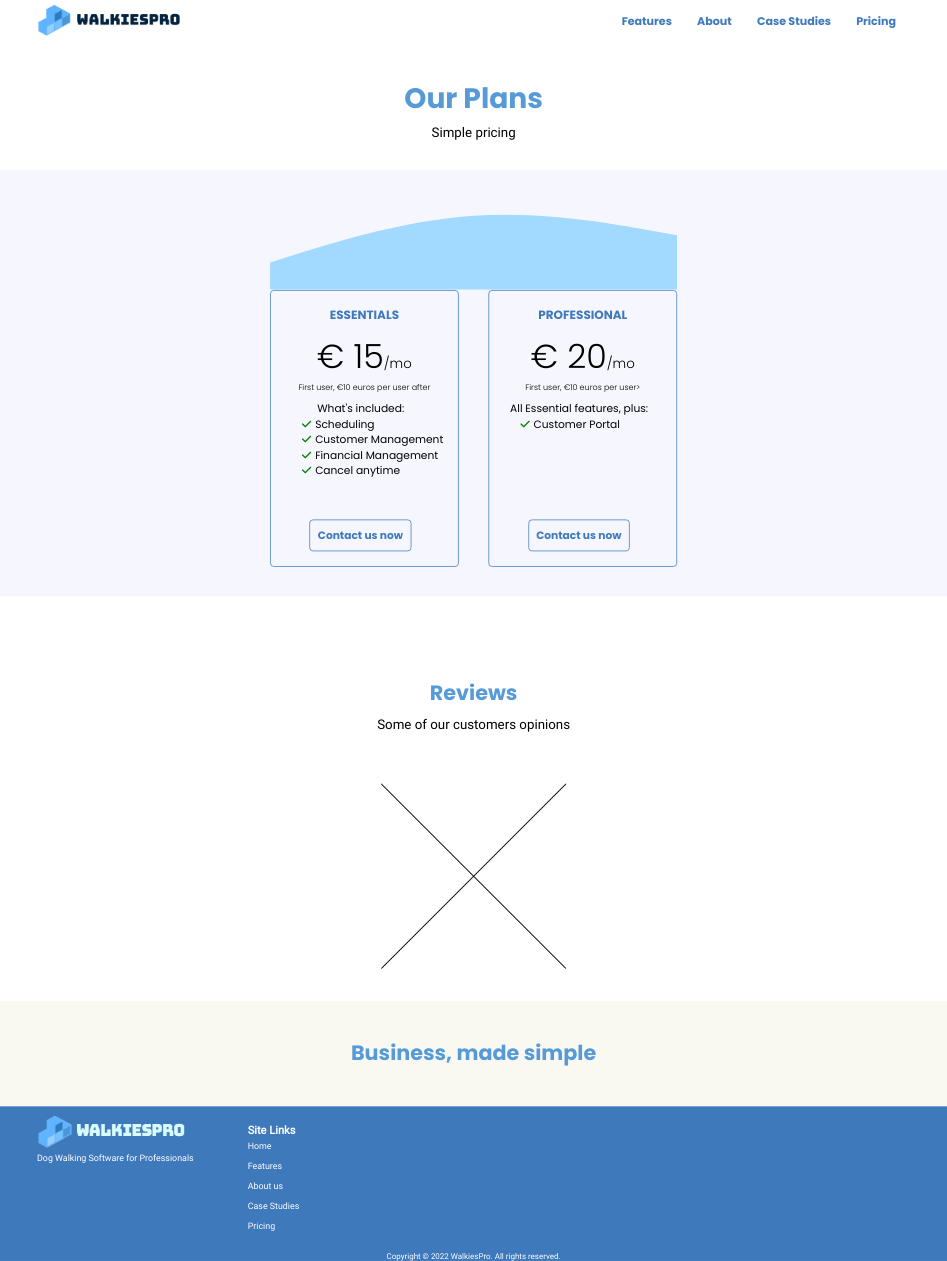
Repository: StevieC87/LAYOUT4
Page: pricing.html
An editor plug-in stored every save of this project. The page is shown before and after the next save, followed by the edit.
The browser window is 1280 px wide. The pictures show the whole page, at 74% of full size.

Above is the page before, as saved 2022-01-10 20:21:07.
Console error: TypeError: Cannot read properties of null (reading 'addEventListener')

### pricing.html
<!DOCTYPE html>
<html lang="en">
  <head>
    <meta charset="UTF-8" />
    <meta http-equiv="X-UA-Compatible" content="IE=edge" />
    <meta name="viewport" content="width=device-width, initial-scale=1.0" />
    <title>WalkiesPro Dog Walking Software</title>
    <link rel="stylesheet" href="css/styles.css" />
    <link rel="stylesheet" href="css/aboutus.css" />
    <link rel="stylesheet" href="css/footer.css" />
    <link rel="stylesheet" href="css/navbar.css" />
    <link rel="stylesheet" href="css/fonts.css" />
    <link rel="stylesheet" href="css/utilities.css" />
    <link rel="stylesheet" href="css/mediaqueries.css" />
    <link rel="stylesheet" href="css/pricing.css" />
    <!-- THIS js file - deferred so loads at the end -->
    <script type="text/javascript" src="js/scripts.js" defer></script>
    <link rel="stylesheet" href="https://use.fontawesome.com/releases/v5.15.4/css/all.css" integrity="sha384-DyZ88mC6Up2uqS4h/KRgHuoeGwBcD4Ng9SiP4dIRy0EXTlnuz47vAwmeGwVChigm" crossorigin="anonymous">


    <style></style>
  </head>
  <body>


    <div class="containernew">
      <div class="navwrapper">
        <!------------------ NAVBAR --------------------->
        <nav id="navbar" class="paddingspecial">
          <!--  <div class="paddingspecial"> -->
          <div id="logo" class="logodiv">
            <a href="index.html"><img src="images/logo.png" alt="logo" /></a>
          </div>
          <div id="hamburger-menu" class="hamburger-menu">
            <div class="line line-1"></div>
            <div class="line line-2"></div>
            <div class="line line-3"></div>
          </div>
          <div class="navlist">
            <ul tabindex="-1">
              <li><a class="current" href="features.html">Features</a></li>
              <li><a href="about-us.html">About</a></li>
              <li><a href="case-studies.html">Case Studies</a></li>
              <li><a href="pricing.html">Pricing</a></li>
            </ul>
          </div>
          <!-- </div> -->
        </nav>
      </div>
      <!-----------------HEADER--------------------->
     <!--  <div class="curved-div" style="background-color: white;">

        <svg viewBox="0 0 1440 319">
          <path fill="#9EC9F3" fill-opacity="1" d="M0,32L48,80C96,128,192,224,288,224C384,224,480,128,576,90.7C672,53,768,75,864,96C960,117,1056,139,1152,149.3C1248,160,1344,160,1392,160L1440,160L1440,320L1392,320C1344,320,1248,320,1152,320C1056,320,960,320,864,320C768,320,672,320,576,320C480,320,384,320,288,320C192,320,96,320,48,320L0,320Z"></path>
        </svg>
      </div> -->

      <section class="headerwrapper sectionwrapper">
          <div class="headertitle">
            <h1>Our Plans</h1>
          </div>
          <div class="headerminitext centertext">
            Simple pricing
          </div>
      </section>
      <!------------------ PRICING TABLE --------------------->
      <section class="pricingouterwrapper sectionwrapper">
        <svg xmlns="http://www.w3.org/2000/svg" viewBox="0 0 1440 320">
          <path fill="#a2d9ff" fill-opacity="1" d="M0,224L120,186.7C240,149,480,75,720,58.7C960,43,1200,85,1320,106.7L1440,128L1440,320L1320,320C1200,320,960,320,720,320C480,320,240,320,120,320L0,320Z"></path>
        </svg>
          <div class="pricinginnerwrapper">
            <div class="pricingcard card">
              <div class="cardtitle">ESSENTIALS</div>
              <div class="price">&#8364; 15<span class="miniprice">/mo</span></div>
              <div class=" centertext poppinslight smallfont ">First user, &#8364;10 euros per user after</div>
              <div class="pricelistdiv poppins">
                <div class="centertext" >What's included:</div>
              <!--   style="display: block" -->
                <ul class="pricelist poppins">
                      <li class="elementY">Scheduling</li>
                      <li class="elementY">Customer Management</li>
                      <li class="elementY">Financial Management</li>
                     <!--  <li class="elementx">Customer Portal</li> -->
                      <li class="elementY">Cancel anytime</li>
                    </ul>

              </div>
              <div class="btnprice">
                <button class="btn btnoutline btnaqua">Contact us now</button>
              </div>
            </div>

            <!-- SECOND CARD PRO PLAN -->
            <div class="pricingcard card " >
             <div class="cardtitle">PROFESSIONAL</div>
             <div class="price">&#8364; 20<span class="miniprice">/mo </span>
             </div>
             <div class=" centertext poppinslight smallfont ">First user, &#8364;10 euros per user></div>
             <div class="pricelistdiv poppins">
              <div class="centertext" >All Essential features, plus:</div>
            <!--   style="display: block" -->
              <ul class="pricelist poppins">
                <li class="elementY">Customer Portal</li>
                    <!-- <li class="elementY">Customer Management</li>
                    <li class="elementY">Financial Management</li>
                    <li class="elementx">Customer Portal</li> -->
                   <!--  <li class="elementY">Cancel anytime</li> -->
                  </ul>

            </div>

             <div class="btnprice">
              <button class="btn btnoutline btnaqua">Contact us now</button>
            </div>
        </div>

      </section>
      <!-- SECTION IMAGE GALLERY REVIEWS  -->
      <section class="imagegallerywrapper sectionwrapper">

        <div class="imagegalleryinnerwrapper">
          <div class="centerGRIDself reviewsdiv centertext">
            <h3>Reviews</h3>
            <span>Some of our customers opinions</span>
          </div>
            <div class="imagegallery">
              <img src="images/3.png" alt="" width="250px">
            </div>
        </div>



      </section>


      <!------------------ CONTACT US SECTION --------------------->
     <section class="contactuswrapper sectionwrapper">
       <div class="contactusinnerwrapper">
        <h3 class="centertext">Business, made simple</h3>

       </div>
     </section>
      <!------------------ FOOTER --------------------->
      <footer id="footer">
        <div class="footerwrapper">
          <div class="footergriditem1">
            <img class="bottomlogo" src="images/logoblue.png" alt="logo" />
            <span class="whitetext bottomphrase"
              >Dog Walking Software for Professionals</span
            >
          </div>

          <div class="footergriditem2">
            <div><b class="whitetext footerlinkstitle">Site Links</b></div>
            <ul class="whitetext ulnostyle anostyle" style="font-size: 12px">
              <li><a href="../layout/index.html">Home</a> </li>
              <li><a href="features.html">Features</a> </li>
              <li><a href="about-us.html">About us</a> </li>
              <li><a href="case-studies.html">Case Studies</a></li>
              <li><a href="pricing.html">Pricing</a></li>
            </ul>
          </div>
          <div class="footergriditem3 whitetext smallfont">Copyright © 2022 WalkiesPro. All rights reserved.</div>
        </div>

      </footer>
    </div>
    <!-- end container -->

    <!------------------ SIDE MENU --------------------->
    <div id="menuhidden" class="menuhidden hiddenright">
      <div class="slidemenu">
        <ul tabindex="-1" aria-hidden="true">
          <li><a class="activeSidebarLi" href="index.html">Home</a></li>
          <li><a class="current" href="features.html">Features</a></li>
          <li><a href="about-us.html">About</a></li>
          <li><a href="case-studies.html">Case Studies</a></li>
          <li><a href="pricing.html">Pricing</a></li>
          <!--    <hr /> -->
        </ul>
      </div>
    </div>
  </body>
</html>

### css/styles.css
:root {
  /*  --myblue: #5da3df; */
  --myblue: #3e79bc;
  --myblueh1: #569ad7;
}

html,
body {
  box-sizing: border-box;
  font-size: 18px;
  font-family: Roboto;
  /*  font-family: PoppinsLight; */
  /*  line-height: 1rem; */
  margin: auto;
}
.containernew {
  /*  background: linear-gradient(90deg, #e3ffe7 0%, #ecedee 100%); */
  /*   background-color: #f9ffff;
  background: rgb(255, 255, 255);
  background: rgb(255, 255, 255);
  background: linear-gradient(
    360deg,
    rgba(255, 255, 255, 1) 0%,
    rgba(255, 255, 255, 1) 98%,
    rgba(240, 253, 255, 1) 100%,
    rgba(229, 252, 255, 1) 100%,
    rgba(83, 234, 255, 1) 100%
  ); */
}
*,
*:before,
*:after {
  box-sizing: inherit;
}

h1,
h2,
h3,
h4,
h5,
h6 {
  font-family: PoppinsBold;
  color: var(--myblueh1);
  /* #5da3df */
  padding: 10px 0 10px 0;
  margin: 0px;
}
h1 {
  font-size: 38px;
  line-height: 2.8rem;
}
h2 {
  font-size: 38px;
}
h3 {
  font-size: 28px;
}
h4 {
  font-size: 26px;
}
h5 {
  font-size: 20px;
}
h6 {
  font-size: 18px;
}

.containernew {
  width: 100%;
}

### css/footer.css
/* * * * * * * * * * * * * * * * * * * * * * * * * * * * * * * * * * * * * * * *
                    FOOTER
* * * * * * * * * * * * * * * * * * * * * * * * * * * * * * * * * * * * * * * */

footer {
  background-color: var(--myblue);
  width: 100%;
  display: flex;
  justify-content: center;
  padding-top: 10px;
}
/* DEFAULT FOR SMALL SCREEN - MOBILE FIRST */
.footerwrapper {
  /* this is the inner div that serves as a grid with equal columns as container */
  width: 1200px;
  display: grid;
  grid-template-columns: 1fr;
  grid-gap: 0.2rem;
}
/* DEFAULT FOR SMALL SCREEN - MOBILE FIRST */
.footergriditem1 {
  grid-row: 1 / 2;
  /* grid-column: 1 / 2; */
  grid-column: 1 / -1;
}
/* DEFAULT FOR SMALL SCREEN - MOBILE FIRST */
.footergriditem2 {
  /* grid-column: 2 / 3; */
  grid-column: 1 / -1;
  grid-row: 3 / 4;
  padding-left: 10px;
  justify-self: start;
  padding-top: 10px;
  padding-bottom: 10px;

  /*  justify-self: self-end; */
  /* padding: 20px 0 0 40px; */
}
.footergriditem2:first-child {
  margin: 10px 0 10px 0;
}
.footergriditem3 {
  grid-row: 4 / 5;
  grid-column: 1 / -1;
  justify-self: center;
  align-self: center;
}
.bottomlogo {
  padding: 0px 0 0px 10px;
}
.bottomphrase {
  padding-left: 10px;
  display: block;
  text-align: left;
  font-size: 12px;
}
.footerlinkstitle {
  font-size: 15px;
}

@media (min-width: 336px) {
}
@media (min-width: 450px) {
  .footerwrapper {
    grid-template-columns: 226px 200px 1fr 0.2fr 0.2fr 0.2fr;
  }
  .footergriditem1 {
    grid-row: 1 / 2;
    grid-column: 1 / 2;
  }
  .footergriditem2 {
    grid-row: 1 / 2;
    grid-column: 2 / 3;
    padding-left: 0px;
    justify-self: center;
    padding-top: 10px;
    padding-bottom: 10px;
  }
}

### css/navbar.css
/* * * * * * * * * * * * * * * * * * * * * * * * * * * * * * * * * * * * * * * *
                          NAVBAR
* * * * * * * * * * * * * * * * * * * * * * * * * * * * * * * * * * * * * * * */
.navwrapper {
  display: flex;
  justify-content: center;
}
nav {
  background-color: white;
  width: 1200px;
  display: flex;
  justify-content: space-between;
}

.logodiv {
  padding-top: 5px;
  padding-left: 10px;
}
#navbar ul {
  list-style: none;
  margin-right: 15px;
  /*   float: right; */
}

#navbar ul li {
  float: left;
}

#navbar ul li a {
  display: block;
  margin: 0 14px 0 20px;
  /* padding: 0 20px 0 10px; */
  text-align: center;
  text-decoration: none;
  color: var(--myblue);
  /*  color: black; */
  font-family: 'PoppinsBold';
  font-size: 15px;
  /*  border-bottom: 1px solid transparent; */

  line-height: 21px;
}
#navbar ul li a:hover {
  /*  text-decoration: underline; */
  /*  border-bottom: 1px solid var(--myblue); */
  color: #9370db;
}

/* * * * * * * * * * * * * * * * * * * * * * * * * * * * * * * * * * * * * * * *
HAMBURGER MENU
* * * * * * * * * * * * * * * * * * * * * * * * * * * * * * * * * * * * * * * */

.hamburger-menu {
  width: 30px;
  height: 30px;
  padding-top: 7px;
  position: absolute;
  top: 7px;
  right: 10px;
  display: flex;
  flex-direction: column;
  justify-content: space-between;
  cursor: pointer;
  z-index: 100;
}

.line {
  width: inherit;
  height: 3px;
  background-color: var(--myblue);
  border-radius: 2px;
  transition-property: transform;
  transition-duration: 500ms;

  /*   transform-origin: right;
  transition: transform 0.5s; */
}

.line.openline:nth-child(1) {
  transform: translate(0px, 10px) rotate(45deg);
  /*  transform-origin: top; */
}
.line.openline:nth-child(2) {
  opacity: 0;
}
.line.openline:nth-child(3) {
  transform: translate(0px, -10px) rotate(-45deg);

  /*   transform-origin: top; */
}

.menuhidden {
  height: 100vh;
  width: 200px;
  background-color: white;
  position: fixed;
  top: 0;
  right: -200px;
  transition: ease 0.2s;
}

.visibleright {
  right: 0px;
  /*   transition: ease 4s; */
}
/* --------- SLIDEMENU ---------- */
.slidemenu ul {
  list-style: none;
  padding-top: 45px;
  padding-left: 0px;
  width: 100%;
  /*   float: right; */
}
.slidemenu ul li {
}
.slidemenu ul li a {
  display: block;
  padding: 10px 5px 10px 5px;
  margin: 0px 5px 0px 5px;
  text-align: center;
  text-decoration: none;
  line-height: 1.5rem;
  color: var(--myblue);
}
.slidemenu ul li a:hover {
  background-color: #fbfbfa;
  border-radius: 15px;
  /* opacity: 0.5; */
}
.activeSidebarLi {
  background-color: #fbfbfa;
  border-radius: 15px;
}
/* END SLIDEMENU */

### css/fonts.css
/* * * * * * * * * * * * * * * * * * * * * * * * * * * * * * * * * * * * * * * *
        FONT FAMILIESS
* * * * * * * * * * * * * * * * * * * * * * * * * * * * * * * * * * * * * * * */
@font-face {
  font-family: 'Bungee';
  src: url('../fonts/Bungee-Regular.ttf');
  src: local('☺'), url('../fonts/Bungee-Regular.ttf') format('truetype');
  font-display: block;
}
@font-face {
  font-family: 'Roboto';
  src: url('../fonts/Roboto-Regular.ttf');
  src: local('☺'), url('../fonts/Roboto-Regular.ttf') format('truetype');
  font-display: block;
}
@font-face {
  font-family: 'Roboto-Bold';
  src: url('../fonts/Roboto-Bold.ttf');
  src: local('☺'), url('../fonts/Roboto-Bold.ttf') format('truetype');
  font-display: block;
}
@font-face {
  font-family: 'Ubuntu';
  src: url('../fonts/Ubuntu-Regular.ttf');
  src: local('☺'), url('../fonts/Ubuntu-Regular.ttf') format('truetype');
  font-display: block;
}
@font-face {
  font-family: 'UbuntuBold';
  src: url('../fonts/Ubuntu-Bold.ttf');
  src: local('☺'), url('../fonts/Ubuntu-Bold.ttf') format('truetype');
  font-display: block;
}
@font-face {
  font-family: 'Poppins';
  src: url('../fonts/Poppins-Regular.ttf');
  src: local('☺'), url('../fonts/Poppins-Regular.ttf') format('truetype');
  font-display: block;
}
@font-face {
  font-family: 'PoppinsBold';
  src: url('../fonts/Poppins-Bold.ttf');
  src: local('☺'), url('../fonts/Poppins-Bold.ttf') format('truetype');
  font-display: block;
}
@font-face {
  font-family: 'PoppinsLight';
  src: url('../fonts/Poppins-Light.ttf');
  src: local('☺'), url('../fonts/Poppins-Light.ttf') format('truetype');
  font-display: block;
}
@font-face {
  font-family: 'PoppinsBlack';
  src: url('../fonts/Poppins-Black.ttf');
  src: local('☺'), url('../fonts/Poppins-Black.ttf') format('truetype');
  font-display: block;
}
@font-face {
  font-family: 'PoppinsMedium';
  src: url('../fonts/Poppins-Medium.ttf');
  src: local('☺'), url('../fonts/Poppins-Medium.ttf') format('truetype');
  font-display: block;
}
@font-face {
  font-family: 'PoppinsExtraLight';
  src: url('../fonts/Poppins-ExtraLight.ttf');
  src: local('☺'), url('../fonts/Poppins-ExtraLight.ttf') format('truetype');
  font-display: block;
}

@font-face {
  font-family: 'FontAwesome';
  src: url('../fonts/fa-solid-900.ttf');
  src: local('☺'), url('../fonts/fa-solid-900.ttf') format('truetype');
  font-display: block;
}
.bungee {
  font-family: Bungee;
}
.ubuntu {
  font-family: Ubuntu;
}
.ubuntuBold {
  font-family: UbuntuBold;
}
.poppins {
  font-family: Poppins;
}
.poppinslight {
  font-family: PoppinsLight;
}
.poppinsbold {
  font-family: PoppinsBold;
}

### css/utilities.css
.btn {
  cursor: pointer;
  transition-property: background-color, color, border;
  transition-duration: 200ms;
  transition-timing-function: ease-in;
}

.btnoutline {
  background-color: transparent;
  border: 1px solid var(--myblue);
  border-radius: 5px;
  color: var(--myblue);
  padding: 10px;
  font-size: 0.8rem;
  /*  font-weight: bold */
  font-family: PoppinsBold;
}
.btnfill {
  background-color: var(--myblue);
  /* border: 1px solid ; */
  border-radius: 5px;
  color: white;
  /*  color: var(--myblue); */
  font-family: PoppinsBold;
}
.btnMedium {
  padding: 10px;
  font-size: 0.8rem;
}
.btnXL {
  padding: 15px 20px 15px 20px;
  font-size: 1.2rem;
}

.allfeaturesbtn {
  padding: 15px 20px 15px 20px;
  border-radius: 10px;
  border: 1px solid var(--myblue);
  /*   background-color: var(--myblue); */
  background-color: WHITE;
  /* color: white; */
  color: var(--myblue);
  font-weight: bold;
  font-size: 1.2rem;
}
.allfeaturesbtn:hover {
  background-color: var(--myblue);
  color: white;
}
.submit {
  /*  margin-top: 20px; */
  padding: 8px 6px 8px 6px;
  border-radius: 6px;
  width: 100px;
  background-color: var(--myblue);
  border: 1px solid var(--myblue);
  color: #f9f9f2;
  font-size: 1.2rem;
  font-family: PoppinsBold;
  /*  font-weight: bold; */
}
.submit:active {
  transform: translateY(1px);
  /*  background-color: #821a4e; */
}

.submit:hover {
  background-color: var(--myblue);
  color: white;
}

.sectionwrapper {
  padding: 40px 20px 40px 20px;
}

/* section {
  padding: 40px 10px 40px 10px !important;
  /*  margin: 20px 10px 20px 10px;
} */

/* * * * * * * * * * * * * * * * * * * * * * * * * * * * * * * * * * * * * * * *
UTILITY CLASSES
* * * * * * * * * * * * * * * * * * * * * * * * * * * * * * * * * * * * * * * */

.centertext {
  text-align: center;
}
.centerimg {
  display: block;
  margin-left: auto;
  margin-right: auto;
  /*   width: 50%; */
}
.centerhorizvert {
  align-self: center;
  justify-self: center;
}
/* visible/invis from screen readers & visually */
.invisible {
  visibility: hidden;
}
.visible {
  visibility: visible;
}
.whitetext {
  color: white;
}
.smallfont {
  font-size: 0.6rem;
}
.mediumfont {
  font-size: 0.8rem;
}
.ulnostyle {
  list-style: none;
  line-height: 1.5rem;
  padding: 0;
  margin: 0;
}
.anostyle > li a {
  text-decoration: none;
  color: white;
}

.responsiveimg {
  width: 100%;
  height: auto;
}

### css/mediaqueries.css
/* to switch to hamburger menu */
@media (min-width: 677px) {
  .hamburger-menu {
    visibility: hidden;
  }
  .section2divrow {
    grid-template-columns: 1fr 1fr;
  }
  .section1innerwrapper {
    grid-template-columns: 2fr 1fr;
  }
}
@media (max-width: 676px) {
  /* HIDE NAV LI WHEN SMALL SCREEN */
  nav {
    width: 1200px;
  }

  .navlist {
    visibility: hidden;
    display: none;
  }
  .hamburger-menu {
    visibility: visible;
  }

  /* ADVANCED SCHEDULING DIV - flip order: image last */
  .section2imgleft1 {
    grid-row: 2;
  }
  .section2textright1 {
    grid-row: 1;
  }
  /* FINANCIAL MANAGEMENT DIV - flip order: image last */
  .section2imgleft3 {
    grid-row: 2;
  }
  .section2textleft3 {
    grid-row: 1;
  }
}

### css/pricing.css
/* .headerwrapper {
  background-color: #9ec9f3;
  color: white;
} */
.containernew {
  /*   */
}

.pricingcard {
  border: 1px solid var(--myblue);
  border-radius: 5px;
  /* min-height: 300px;
  min-width: 300px; */
  font-size: 0.8rem;
  /*  background-color: #fbfbfa; */
}
.cardtitle {
  text-align: center;
  color: var(--myblue);
  padding: 20px 0 10px 0;
  font-size: 0.9rem;
  font-family: PoppinsBold;
  font-weight: bold;
}

.price {
  text-align: center;
  font-size: 2.5rem;
  font-family: PoppinsLight;
}
.miniprice {
  font-size: 1rem;
}
.pricelistdiv {
  padding: 10px 20px 0px 10px;
  height: 170px;
}
.pricingcard1 {
}
.pricingcard2 {
}

.pricelist {
  list-style-type: none;
  padding-top: 0px;
  margin-block-start: 0em;
}
.pricelist li {
  padding-left: 10px;
}
li:before {
}

.elementx::before {
  color: orangered;
  content: '\f00d'; /* FontAwesome Unicode */
  font-family: FontAwesome;
  display: inline-block;
  margin-left: -1.3em; /* same as padding-left set on li */
  width: 1.3em; /* same as padding-left set on li */
}
.elementY::before {
  color: green;
  content: '\f00c'; /* FontAwesome Unicode */
  font-family: FontAwesome;
  display: inline-block;
  margin-left: -1.3em; /* same as padding-left set on li */
  width: 1.3em; /* same as padding-left set on li */
}
.btnprice {
  width: 148px;
  margin: 0 auto;
  padding-bottom: 20px;
}

.pricingouterwrapper {
  width: 100%;
  display: grid;
  justify-content: center;
  background-color: #f6f7fe;
}
.pricinginnerwrapper {
  max-width: 1000px;
  justify-content: center;
  display: grid;
  grid-template-columns: 1fr;
  grid-gap: 40px;
  /* padding: 100px; */
}
@media (min-width: 676px) {
  .pricinginnerwrapper {
    grid-template-columns: 1fr 1fr;
  }
}

.imagegallerywrapper {
  width: 100%;
  background-color: #f9f9f2a;
  display: grid;
  justify-content: center;
}

.imagegalleryinnerwrapper {
  /*  width: 800px; */
  grid-template-columns: 1fr;
  display: grid;
  justify-content: center;
  /*  align-self: center;
  justify-self: center; */
}

.imagegallery {
  align-self: center;
  justify-self: center;
}
.centerGRIDself {
  align-self: center;
  justify-self: center;
}
.reviewsdiv {
  margin-top: 60px;
  margin-bottom: 70px;
  /*  justify-self: center; */
}

.card {
  /* Add shadows to create the "card" effect */
  /* box-shadow: 0 4px 8px 0 rgba(0, 0, 0, 0.2); */
  /*   box-shadow: 0 2px 4px 0 aquamarine; */
  transition: 0.3s;
}

/* On mouse-over, add a deeper shadow */
.card:hover {
  /*   box-shadow: 0 4px 8px 0 aquamarine; */
}

.btnaqua {
  /*   box-shadow: 0 1px 2px 0 aquamarine; */
  /* color: aquamarine; */
}

.btnaqua:active {
  transform: translateY(1px);
}

Loaded but not shown: js/scripts.js (43 lines, source omitted); css/aboutus.css (189 lines, source omitted)

After the next save:
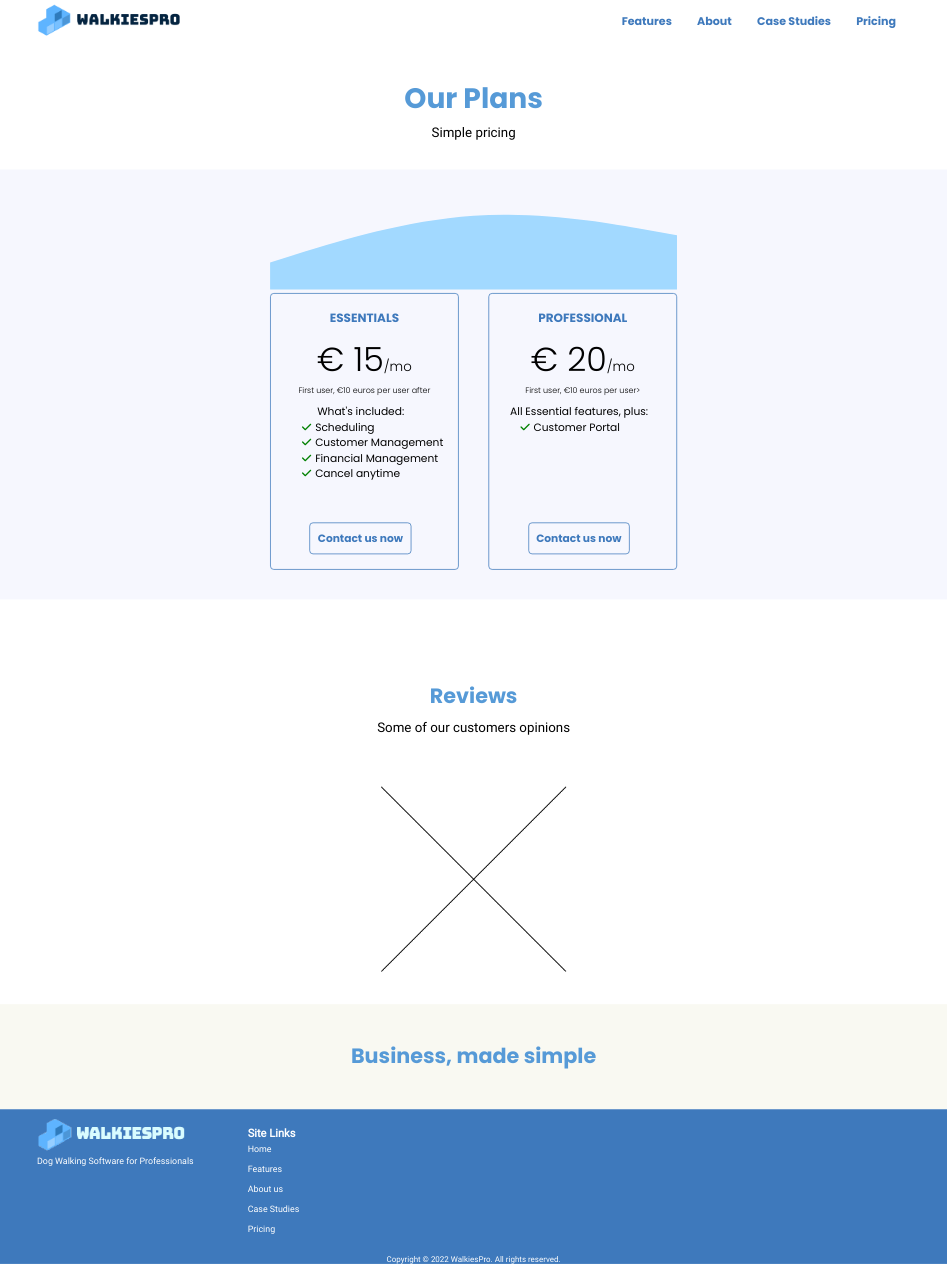
Saved 12 s later.
--- a/pricing.html
+++ b/pricing.html
@@ -65,9 +65,11 @@
       </section>
       <!------------------ PRICING TABLE --------------------->
       <section class="pricingouterwrapper sectionwrapper">
-        <svg xmlns="http://www.w3.org/2000/svg" viewBox="0 0 1440 320">
-          <path fill="#a2d9ff" fill-opacity="1" d="M0,224L120,186.7C240,149,480,75,720,58.7C960,43,1200,85,1320,106.7L1440,128L1440,320L1320,320C1200,320,960,320,720,320C480,320,240,320,120,320L0,320Z"></path>
-        </svg>
+        <div>
+          <svg xmlns="http://www.w3.org/2000/svg" viewBox="0 0 1440 320">
+            <path fill="#a2d9ff" fill-opacity="1" d="M0,224L120,186.7C240,149,480,75,720,58.7C960,43,1200,85,1320,106.7L1440,128L1440,320L1320,320C1200,320,960,320,720,320C480,320,240,320,120,320L0,320Z"></path>
+          </svg>
+      </div>
           <div class="pricinginnerwrapper">
             <div class="pricingcard card">
               <div class="cardtitle">ESSENTIALS</div>
